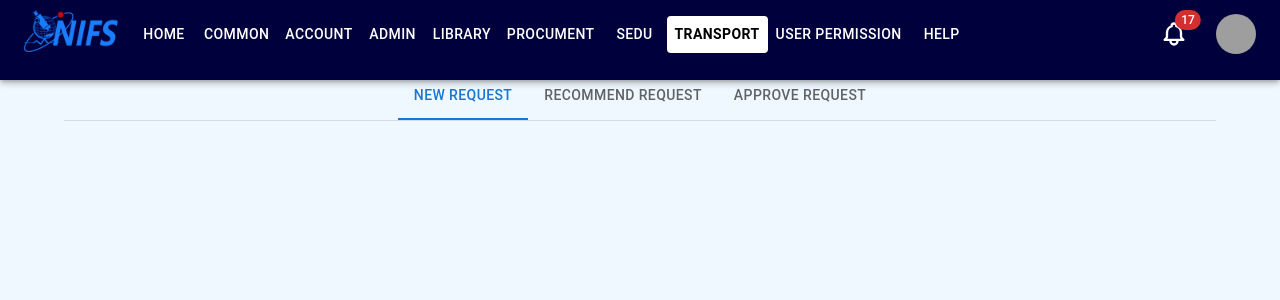
Repository: virangaj/NIFS-WebApp
Page: /transport (app in client/)
The author's editor kept a copy of each file at every save. The page is drawn from the files as they stood at one save, then again after the next save.
The browser window is 1280 px wide. The pictures show the whole page.
Pictures or frames that could not be fetched are drawn as grey boxes. The project was rebuilt for these pictures with package versions that can differ from the ones it lists, and the page was loaded fresh each time. Also part of the build but not shown: client/src/pages/Login.tsx, client/src/pages/Home.tsx, client/src/pages/CommonMainPage.tsx, client/src/pages/AccountMainPage.tsx, client/src/pages/AdminMainPage.tsx, client/src/pages/LibraryMainPage.js, client/src/pages/ProcumentMainPage.js, client/src/components/sedu/AttendanceFeedback.tsx and 15 more.

Above is the page before, as saved 2022-07-27 22:07:46.

After the next save:
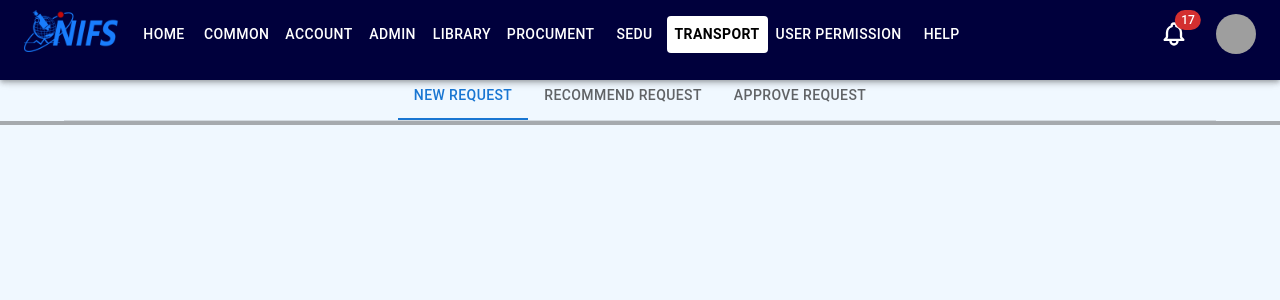
Saved 19 s later.
--- a/client/src/index.css
+++ b/client/src/index.css
@@ -141,7 +141,9 @@ a {
 
 /* sub page content */
 
-.sub-body-content {}
+.sub-body-content {
+  border: 2px solid var(--gray);
+}
 
 
 
